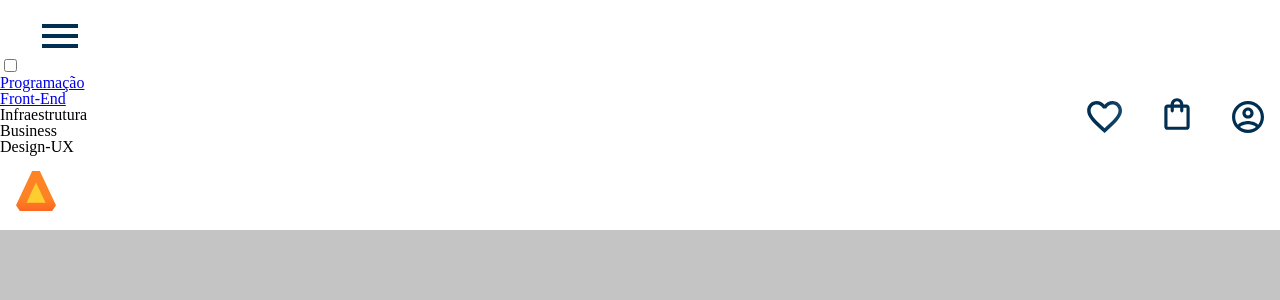
Repository: DamnDTX/projeto-mobile
Page: index.html
An editor plug-in stored every save of this project. The page is shown before and after the next save, followed by the edit.
The browser window is 1280 px wide. The pictures show the whole page.

Above is the page before, as saved 2023-07-26 22:26:27.

### index.html
<!DOCTYPE html>
<html lang="pt-br">
<head>
    <meta charset="UTF-8">
    <meta name="viewport" content="width=device-width, initial-scale=1.0">
    <title>Mobile project</title>
    <link href="./styles/reset.css" rel="stylesheet">
    <link href="./styles/styles.css" rel="stylesheet">


</head>
<body>
    <header class="cabecalho">
       <!--ELEMENTOS Á ESQUERDA-->

        <div class="container">
            <input type="checkbox" id="menu" class="container__botao">
            <label for="menu">
            <span class="cabecalho__menu-hamburguer container__imagem"></span>
            </label>
            <ul class="lista-menu">
                <li class="lista-menu__titulo">
                 <a href="#" class="lista-menu__link">Programação</a>
                </li>

                <li class="lista-menu__item">
                    <a href="#" class="lista-menu__link">Front-End</a>
                </li>

                <li class="lista-menu__item">
                    Infraestrutura
                </li>

                <li class="lista-menu__item">
                    Business
                </li>

                <li class="lista-menu__item">
                    Design-UX
                </li>
            </ul>
             <img src="./img/Logo.svg" class="container__imagem" alt="logo-AluraBooks">
    </div>

        <!--ELEMENTOS Á DIREITA-->

    <div class="container">
        <a href="#"><img src="./img/Favoritos.svg " class="container__imagem" alt="Favoritos"></a>

        <a href="#"><img src="./img/Sacola.svg" class="container__imagem"   alt="Sacola"></a>

        <a href="#"><img src="./img/Usuario.svg"  class="container__imagem" alt="Usuario"></a>
    </div>

</header>
    <main></main>
    <footer>

    </footer>
</body>
</html>

### styles/styles.css
@import url(../styles/header.css);
/* Usamos o '@import" aqui pelo motivo de ser mais rádio o carregamento do arquivo, além de deixar o index.html com menos códigos*/


:root{
    --cor-de-fundo-branco:#FFFFFF;
    --cor-de-fundo: #C4C4C4;
    --cor-titulos:#002F52;
    --cor--botoes:#EB9B00;
    --fonte-geral: 'Poppins', sans-serif;
    --tamanho-fonte-titulo:2rem;
}

@import url('https://fonts.googleapis.com/css2?family=Poppins&display=swap');

body{
    background-color: var(--cor-de-fundo);
}

.cabecalho{
    background-color: white;
    display: flex;
    justify-content: space-between;
    align-items: center;
}

### styles/header.css
.cabecalho__menu-hamburguer {
    width:40px;
    height:40px;
    background-image: url(../img/Menu.svg);
    display: inline-block;
}

/* inline-block pois assim permite ajustes de altura e largura, lembrando que com o display=block não conseguimos fazer tais ajustes */

.cabecalho{
    background-color: var(--cor-de-fundo-branco);
    display: flex;
    justify-content: space-between;
    align-items: center;
}

/*APÓS ESTA LINHA ACIMA OS ELEMENTOS FICARAM Á ESQUERDA, MAS ISTO ACONTECEU POIS COLOCAMOS-O EM OUTRO ARQUIVO CSS, ESTE ESQUEMA É MUITO BOM QUANDO PRECISAMOS FAZER UM MENU DESSE JEITO SEM USAR JAVASCRIPT, CLARO, O GRANDE SEGREDO FOI O 'justify-content'*/

.container__imagem{
    padding: 1rem;
    background-position: center;
    background-repeat: no-repeat;
}

Loaded but not shown: styles/reset.css (common file)

After the next save:
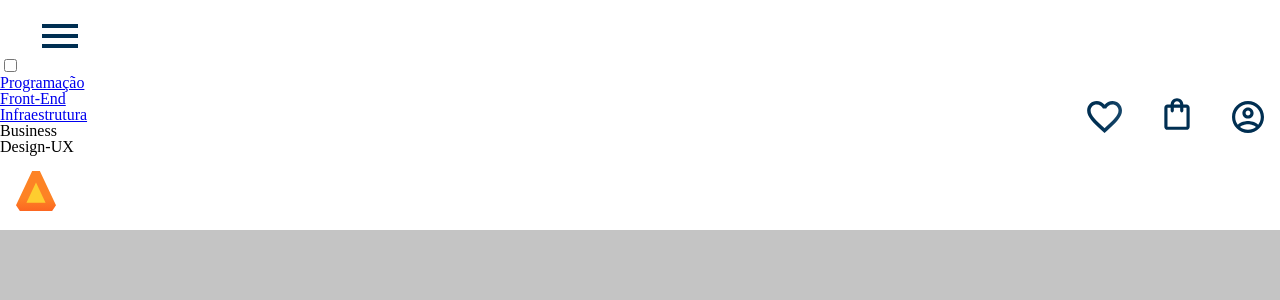
Saved 9 s later.
--- a/index.html
+++ b/index.html
@@ -28,7 +28,7 @@
                 </li>
 
                 <li class="lista-menu__item">
-                    Infraestrutura
+                    <a href="#" class="lista-menu__link">Infraestrutura</a>
                 </li>
 
                 <li class="lista-menu__item">
